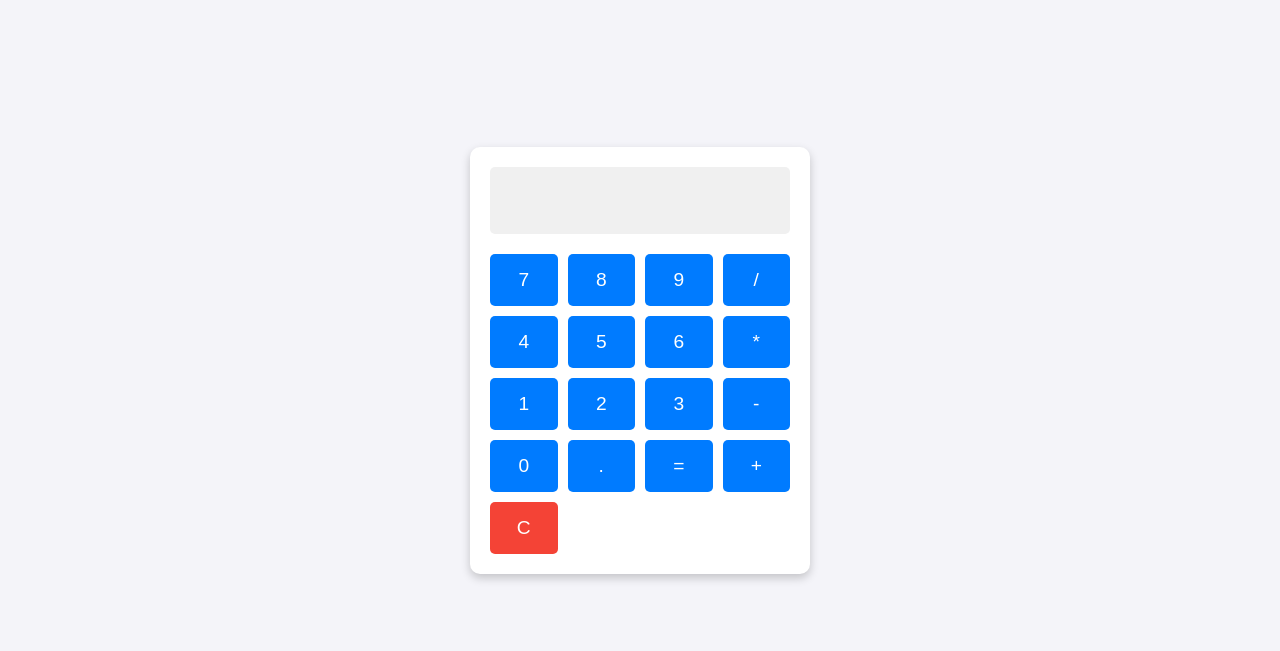
Repository: TuckerJCodes/Calculator
Page: index.html
The author's editor kept a copy of each file at every save. The page is drawn from the files as they stood at one save, then again after the next save.
The browser window is 1280 px wide. The pictures show the whole page.

Above is the page before, as saved 2025-03-29 10:03:52.

### index.html
<!DOCTYPE html>
<html lang="en">
  <head>
    <meta charset="UTF-8" />
    <meta name="viewport" content="width=device-width, initial-scale=1.0" />
    <title>Calculator</title>
    <link rel="stylesheet" href="styles.css" />
  </head>
  <body>
    <div class="calculator">
      <input type="text" id="display" disabled />
      <div class="buttons">
        <button class="btn" data-key="7">7</button>
        <button class="btn" data-key="8">8</button>
        <button class="btn" data-key="9">9</button>
        <button class="btn operator" data-key="/">/</button>
        <button class="btn" data-key="4">4</button>
        <button class="btn" data-key="5">5</button>
        <button class="btn" data-key="6">6</button>
        <button class="btn operator" data-key="*">*</button>
        <button class="btn" data-key="1">1</button>
        <button class="btn" data-key="2">2</button>
        <button class="btn" data-key="3">3</button>
        <button class="btn operator" data-key="-">-</button>
        <button class="btn" data-key="0">0</button>
        <button class="btn" data-key=".">.</button>
        <button class="btn operator" data-key="=">=</button>
        <button class="btn operator" data-key="+">+</button>
        <button class="btn clear" data-key="C">C</button>
      </div>
    </div>
    <script src="script.js"></script>
  </body>
</html>

### styles.css
/* Styles for the calculator */
body {
  font-family: Arial, sans-serif;
  background-color: #f4f4f9;
  display: flex;
  justify-content: center;
  align-items: center;
  height: 100vh;
  margin: 0;
}

.calculator {
  background: #ffffff;
  border-radius: 10px;
  box-shadow: 0 4px 10px rgba(0, 0, 0, 0.2);
  width: 300px;
  padding: 20px;
}

#display {
  background: #f0f0f0;
  border-radius: 5px;
  padding: 15px;
  font-size: 2rem;
  text-align: right;
  margin-bottom: 20px;
  border: none;
  width: 100%;
  box-sizing: border-box;
}

.buttons {
  display: grid;
  grid-template-columns: repeat(4, 1fr);
  gap: 10px;
}

button.btn {
  background: #007bff;
  color: white;
  border: none;
  border-radius: 5px;
  padding: 15px;
  font-size: 1.2rem;
  cursor: pointer;
  transition: background 0.3s;
}

button.btn:hover {
  background: #0056b3;
}

button.clear {
  background: #f44336;
}

button.clear:hover {
  background: #d32f2f;
}

### script.js
// Calculator functionality
document.addEventListener("DOMContentLoaded", () => {
  const display = document.querySelector("#display");
  const buttons = document.querySelectorAll("button");

  let currentInput = "";

  buttons.forEach((button) => {
    button.addEventListener("click", () => {
      const value = button.textContent;

      if (button.classList.contains("clear")) {
        // Clear the display
        currentInput = "";
        updateDisplay();
      } else if (value === "=") {
        // Evaluate the expression
        try {
          currentInput = evaluateExpression(currentInput);
        } catch (error) {
          currentInput = "Error";
        }
        updateDisplay();
      } else {
        // Append the button value to the current input
        currentInput += value;
        updateDisplay();
      }
    });
  });

  function updateDisplay() {
    display.value = currentInput || "0";
    display.scrollLeft = display.scrollWidth; // Scroll to the end of the input
  }

  function evaluateExpression(expression) {
    // Use Function constructor to safely evaluate the expression
    return new Function(`return ${expression}`)().toString();
  }
});

After the next save:
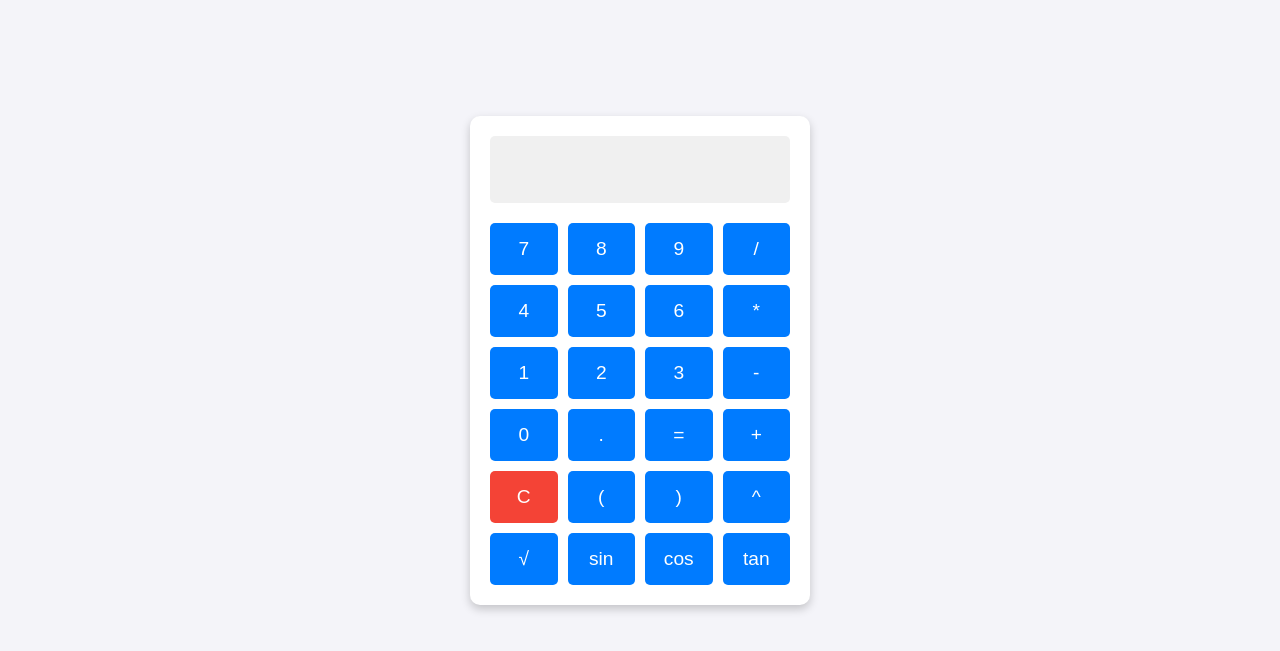
Saved 59 s later.
--- a/index.html
+++ b/index.html
@@ -10,6 +10,7 @@
     <div class="calculator">
       <input type="text" id="display" disabled />
       <div class="buttons">
+        <!-- Existing buttons -->
         <button class="btn" data-key="7">7</button>
         <button class="btn" data-key="8">8</button>
         <button class="btn" data-key="9">9</button>
@@ -27,6 +28,15 @@
         <button class="btn operator" data-key="=">=</button>
         <button class="btn operator" data-key="+">+</button>
         <button class="btn clear" data-key="C">C</button>
+
+        <!-- New buttons -->
+        <button class="btn operator" data-key="(">(</button>
+        <button class="btn operator" data-key=")">)</button>
+        <button class="btn operator" data-key="^">^</button>
+        <button class="btn operator" data-key="√">√</button>
+        <button class="btn operator" data-key="sin">sin</button>
+        <button class="btn operator" data-key="cos">cos</button>
+        <button class="btn operator" data-key="tan">tan</button>
       </div>
     </div>
     <script src="script.js"></script>
